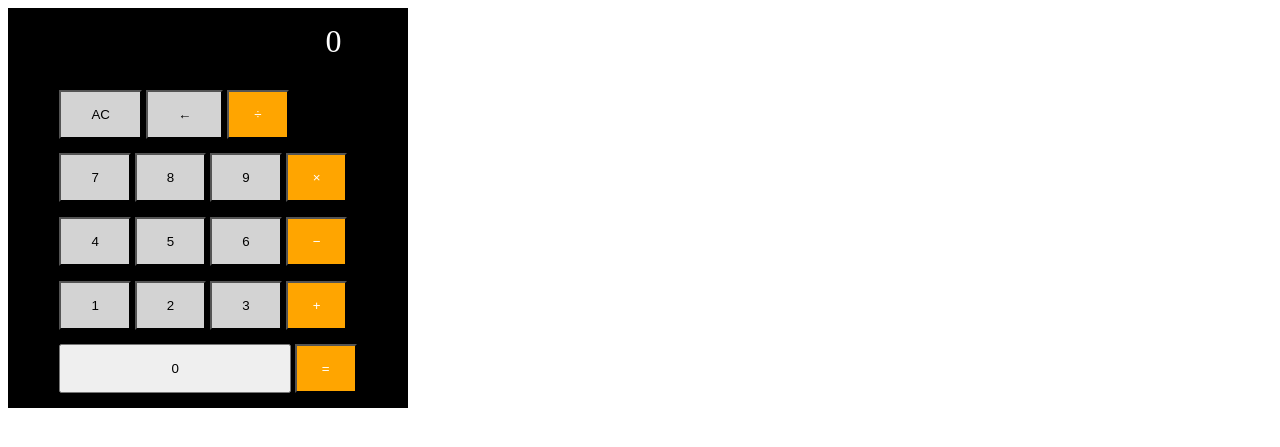
Repository: KaylaDamons/LAB-calculator
Page: index.html
The author's editor kept a copy of each file at every save. The page is drawn from the files as they stood at one save, then again after the next save.
The browser window is 1280 px wide. The pictures show the whole page.

Above is the page before, as saved 2024-01-13 19:51:46.

### index.html
<!DOCTYPE html>
<html lang="en">
<head>
  <meta charset="UTF-8">
  <meta name="viewport" content="width=device-width, initial-scale=1.0">
  <title>Calculator</title>

</head>
<body>
  <div class="wrapper">
    <div class="sumbar">
      0
    </div>
      <div class="clearbutton">
       <button class="button clear">AC</button>
       <button class="button delete">&#8592</button>
       <button class="symbol divide">&#247</button>
    </div>

    <div class="buttonrow1">
      <button class="button">7</button>
      <button class="button">8</button>
      <button class="button">9</button>
      <button class="symbol times">&#215</button>
    </div>

    <div class="buttonrow2">
      <button class="button">4</button>
      <button class="button">5</button>
      <button class="button">6</button>
      <button class="symbol minus">&#8722</button>
    </div>

    <div class="buttonrow3">
      <button class="button">1</button>
      <button class="button">2</button>
      <button class="button">3</button>
      <button class="symbol plus">&#43</button>
    </div>

    <div class="buttonrow4">
      <button class="buttonzero">0</button>
      <button class="symbol equals">&#61</button>
    </div>

  </div>




  <link rel="stylesheet" href="main.css">
</body>
<script src="main.js"></script>
</html>

### main.css

 .wrapper {
  display: grid;
  flex-wrap: wrap;
  flex-direction: row;
  background-color:black;
  justify-content: center;
  width: 400px;
  height: 400px;
 }


.sumbar {
 background-color:black;
 text-align: right;
 color:white;
 padding-inline-start: 0%;
 padding:15px;
 font-size: 32px;
}

.symbol {
  background-color: orange;
  padding-inline-start: 0%;
  color:white;
  padding:15px 25px;
}
.button {
  background-color:lightgray;
  padding-inline-start: 0%;
  padding:15px 30px;
}
.buttonzero {
  padding: 15px 110px;
}

### main.js
console.log("calculator");

After the next save:
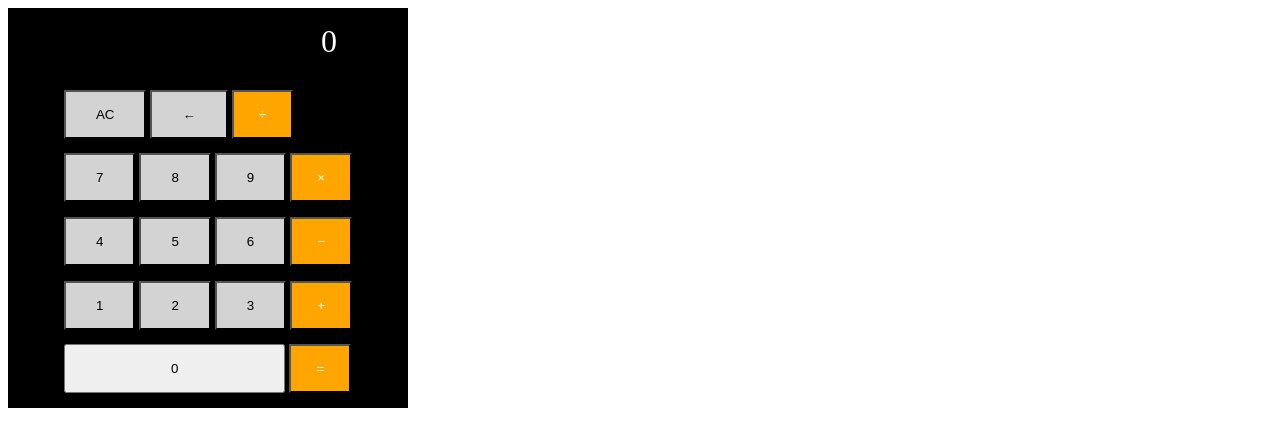
Saved 13 s later.
--- a/main.css
+++ b/main.css
@@ -31,5 +31,5 @@
   padding:15px 30px;
 }
 .buttonzero {
-  padding: 15px 110px;
+  padding: 15px 105px;
 }
